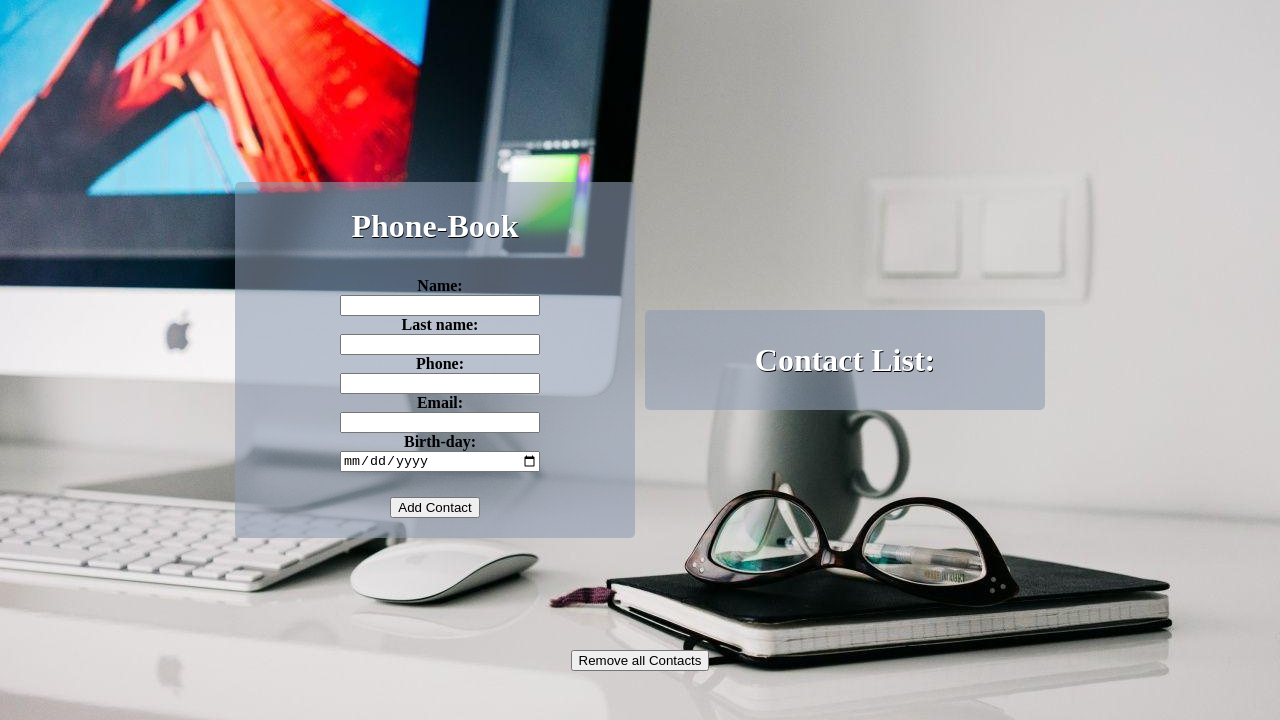
Repository: STA1357/Phone-book
Page: Inner.html
The author's editor kept a copy of each file at every save. The page is drawn from the files as they stood at one save, then again after the next save.
The browser window is 1280 px wide. The pictures show the whole page.

Above is the page before, as saved 2020-12-11 13:36:19.

After the next save:
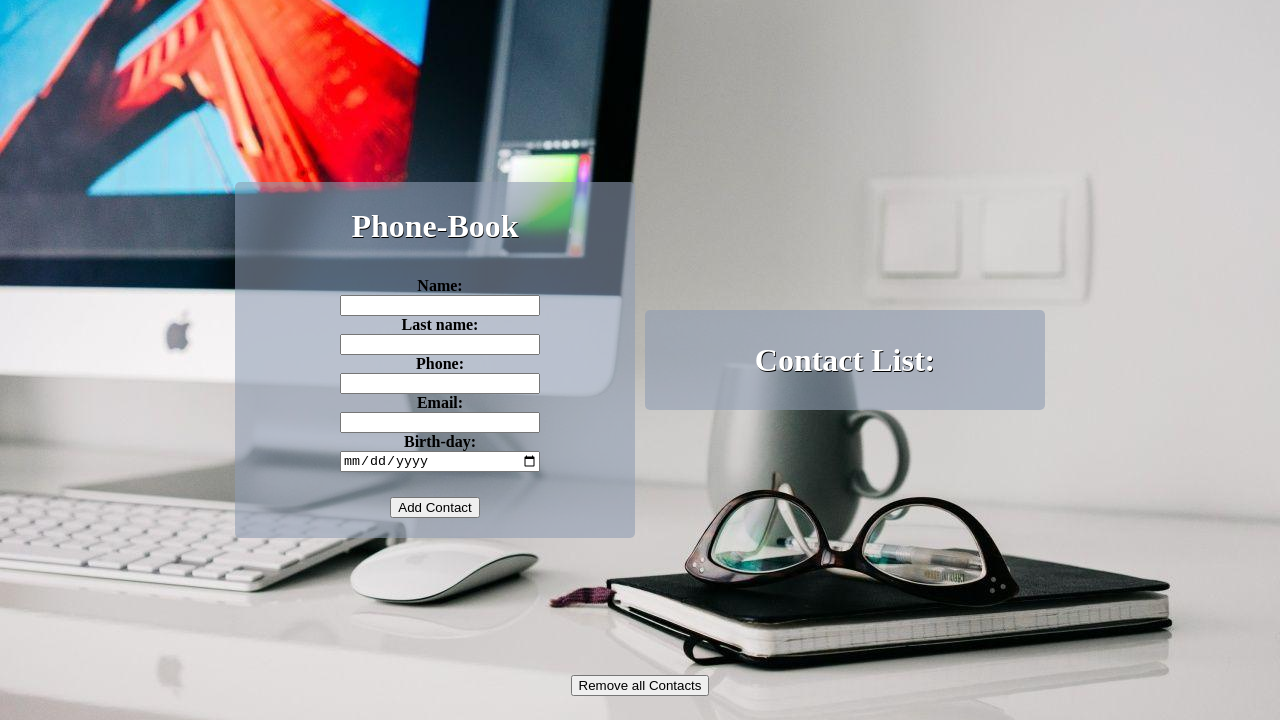
Saved 5 s later.
--- a/styles.css
+++ b/styles.css
@@ -121,5 +121,5 @@ li{
 }
 
 .clearBookBtn{
-    margin-top: 600px;
+    margin-top: 650px;
 }
